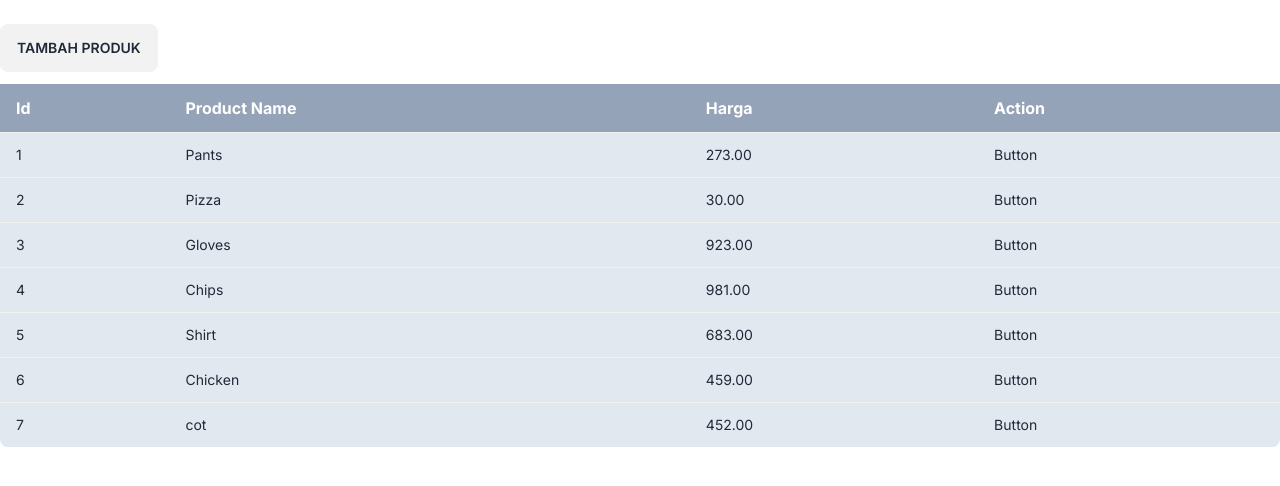
Repository: KilluaProject/Database-item
Page: /
An editor plug-in stored every save of this project. The page is shown before and after the next save, followed by the edit.
The browser window is 1280 px wide. The pictures show the whole page.
The project was rebuilt for these pictures with package versions that can differ from the ones it lists, and the page was loaded fresh each time. The framework's server and built-in components were replaced by stand-ins that run in the browser. Requests to the local data server were answered from the project's data file. Also part of the build but not shown: next.config.js.

Above is the page before, as saved 2023-07-08 16:01:04.

After the next save:
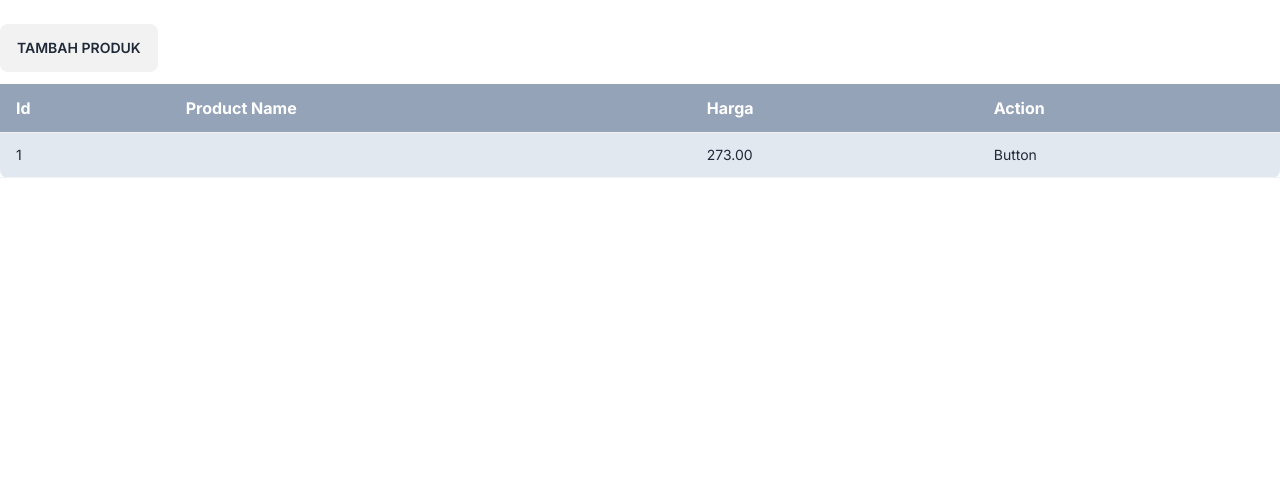
Saved 92 s later.
--- a/db.json
+++ b/db.json
@@ -2,39 +2,9 @@
     "products" : [
 
         {
-            "produk": "Pants",
+            "name": "Pants",
             "harga": "273.00",
             "id": "1"
-        },
-        {
-            "produk": "Pizza",
-            "harga": "30.00",
-            "id": "2"
-        },
-        {
-            "produk": "Gloves",
-            "harga": "923.00",
-            "id": "3"
-        },
-        {
-            "produk": "Chips",
-            "harga": "981.00",
-            "id": "4"
-        },
-        {
-            "produk": "Shirt",
-            "harga": "683.00",
-            "id": "5"
-        },
-        {
-            "produk": "Chicken",
-            "harga": "459.00",
-            "id": "6"
-        },
-        {
-            "produk": "cot",
-            "harga": "452.00",
-            "id": "7"
         }
     ]
 }
